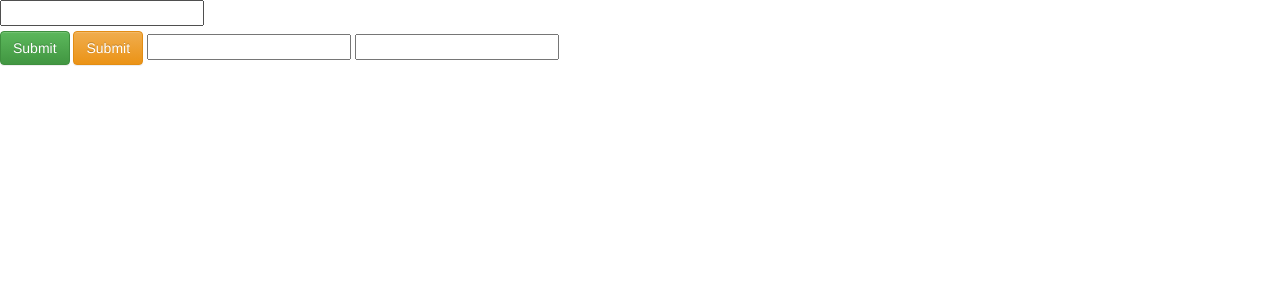
Repository: ManojAndroid/WellcomeToAndroidApp
Page: AddressBook_App/Bootstrap_Project/WebContent/index.html
These files come from the project's save history. The page is drawn as it stood at one moment and after the next save; the edit follows.
The browser window is 1280 px wide. The pictures show the whole page.

Above is the page before, as saved 2017-04-18 11:28:42.
Console error (its wording comes from the project's code and is left out).

After the next save:
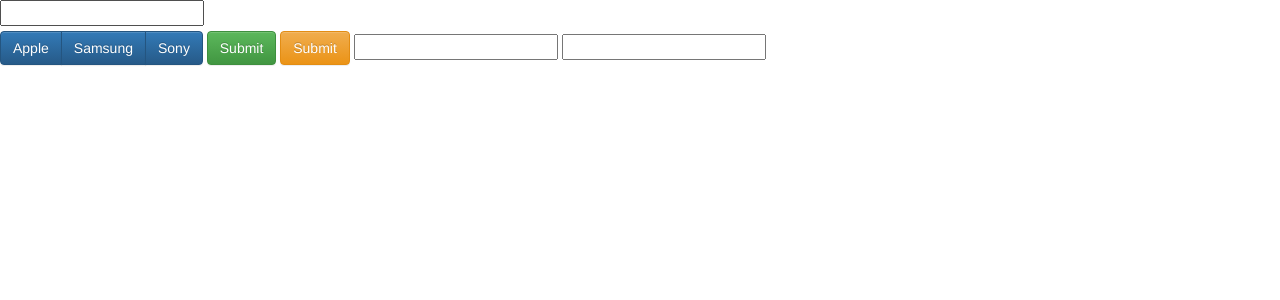
Saved 62 s later.
--- a/AddressBook_App/Bootstrap_Project/WebContent/index.html
+++ b/AddressBook_App/Bootstrap_Project/WebContent/index.html
@@ -21,6 +21,11 @@
 <form action="">
 <label><input type="text" ></label>
 <br/>
+<div class="btn-group">
+  <button type="button" class="btn btn-primary">Apple</button>
+  <button type="button" class="btn btn-primary">Samsung</button>
+  <button type="button" class="btn btn-primary">Sony</button>
+</div>
 <label><input type="submit" class="btn btn-success"></label>
 <label><input type="submit"class="btn btn-warning"></label>
 <label><input type="AddPerson"></label>
